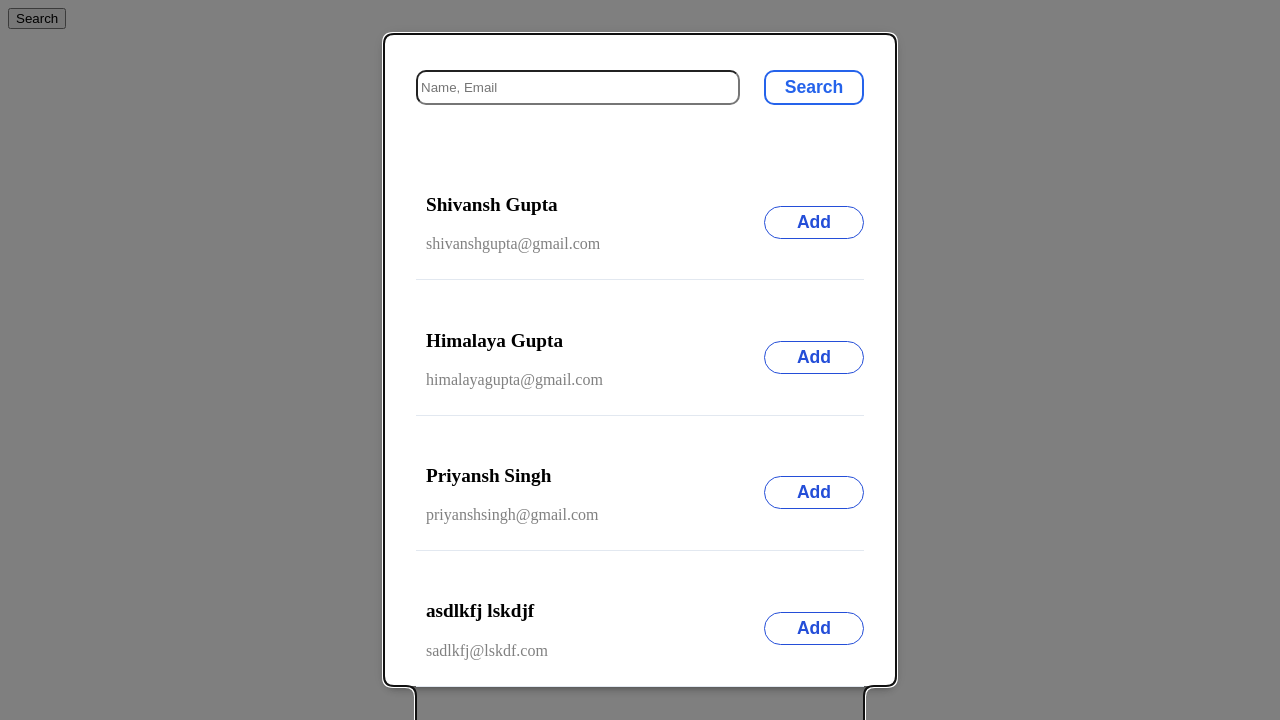
Repository: shiv0403/event-planner
Page: /, after clicking the first element matching `button`
An editor plug-in stored every save of this project. The page is shown before and after the next save, followed by the edit.
The browser window is 1280 px wide. The pictures show the whole page.
The project was rebuilt for these pictures with package versions that can differ from the ones it lists, and the page was loaded fresh each time.

Above is the page before, as saved 2021-07-27 12:14:35.

### src/App.js
import React from "react";
import Modal from "./Components/SearchModal/SearchModal";

function App() {
  return (
    <div className="App">
      <Modal />
    </div>
  );
}

export default App;

### src/Components/SearchModal/SearchModal.js
import React, { useState } from "react";
import { makeStyles } from "@material-ui/core/styles";
import Modal from "@material-ui/core/Modal";
import Backdrop from "@material-ui/core/Backdrop";
import Fade from "@material-ui/core/Fade";
import SearchPerson from "./SearchPerson";

import "./SearchModal.css";

const useStyles = makeStyles((theme) => ({
  modal: {
    display: "flex",
    alignItems: "center",
    justifyContent: "center",
  },
  paper: {
    backgroundColor: theme.palette.background.paper,
    boxShadow: theme.shadows[5],
    padding: theme.spacing(2, 4, 3),
    width: "35%",
    borderRadius: "10px",
    height: "85%",
  },
}));

export default function TransitionsModal() {
  const classes = useStyles();
  const [open, setOpen] = useState(false);
  const [data, setData] = useState([
    {
      name: "Shivansh Gupta",
      email: "shivanshgupta@gmail.com",
    },
    {
      name: "Himalaya Gupta",
      email: "himalayagupta@gmail.com",
    },
    {
      name: "Priyansh Singh",
      email: "priyanshsingh@gmail.com",
    },
    {
      name: "asdlkfj lskdjf",
      email: "sadlkfj@lskdf.com",
    },

    {
      name: "asdlkfj lskdjf",
      email: "sadlkfj@lskdf.com",
    },
  ]);

  const handleOpen = () => {
    setOpen(true);
  };

  const handleClose = () => {
    setOpen(false);
  };

  return (
    <div>
      <button type="button" onClick={handleOpen}>
        Search
      </button>
      <Modal
        aria-labelledby="transition-modal-title"
        aria-describedby="transition-modal-description"
        className={classes.modal}
        open={open}
        onClose={handleClose}
        closeAfterTransition
        BackdropComponent={Backdrop}
        BackdropProps={{
          timeout: 500,
        }}
      >
        <Fade in={open}>
          <div className={classes.paper}>
            <div className="search__header">
              <input type="text" placeholder="Name, Email" />
              <button type="submit"> Search</button>
            </div>
            <div className="search__body">
              {data.map((person) => (
                <SearchPerson name={person.name} email={person.email} />
              ))}
            </div>
            <div className="search__footer">
              <p>https://invitelinke.com</p>
              <button type="submit">Share</button>
            </div>
          </div>
        </Fade>
      </Modal>
    </div>
  );
}

### src/Components/SearchModal/SearchPerson.js
import React from "react";
import "./SearchPerson.css";

function SearchPerson({ name, email }) {
  return (
    <div className="search__person">
      <div className="sp__details">
        <h3>{name}</h3>
        <p>{email}</p>
      </div>

      <div className="sp__add">
        <button type="submit">Add</button>
      </div>
    </div>
  );
}

export default SearchPerson;

### src/Components/SearchModal/SearchModal.css
.search__header {
  display: flex;
  justify-content: space-between;
  margin-bottom: 40px;
  /* margin-top: 20px; */
  padding: 20px 0;
}

.search__header > input {
  border-radius: 10px;
  width: 70%;
  padding: 3px;
  margin-right: 10px;
}

.search__header > button {
  padding: 5px;
  width: 100px;
  border-radius: 10px;
  border: 2px solid #2563eb;
  background-color: #fff;
  font-weight: 900;
  font-size: 1.1rem;
  color: #2563eb;
}

.search__footer {
  display: flex;
  justify-content: space-between;
  margin-top: 40px;
}

.search__footer > p {
  background-color: #eee;
  padding: 5px 10px;
  width: 70%;
  border-radius: 10px;
  margin-right: 10px;
}

.search__footer > button {
  padding: 5px 3px;
  width: 100px;
  border: 1px #244ed8 solid;
  font-size: 1.1rem;
  border-radius: 20px;
  background-color: #fff;
  font-weight: 800;
  color: #244ed8;
}

.search__footer > button:hover {
  background-color: RGBA(36, 78, 216, 0.1);
  box-shadow: inset 0 0 0 1.5px #244ed8;
  transition: all 0.3s;
}

### src/Components/SearchModal/SearchPerson.css
.search__person {
  display: flex;
  justify-content: space-between;
  align-items: center;
  /* padding: 20px 30px; */
  width: 100%;
  margin: 20px auto;
  border-bottom: 1px #e2e8f0 solid;
}

.sp__details {
  /* background-color: #eee; */
  border-radius: 10px;
  width: 95%;
  padding: 10px;
  margin-right: 10px;
}

.sp__details > h3 {
  font-size: 1.2rem;
}

.sp__details > p {
  font-size: 1rem;
  margin-top: 5px;
  color: gray;
}

.sp__add > button {
  padding: 5px 3px;
  width: 100px;
  border: 1px #244ed8 solid;
  font-size: 1.1rem;
  border-radius: 20px;
  background-color: #fff;
  font-weight: 800;
  color: #244ed8;
}

.sp__add > button:hover {
  background-color: RGBA(36, 78, 216, 0.1);
  box-shadow: inset 0 0 0 1.5px #244ed8;
  transition: all 0.3s;
}

/*
#f7fafc
#2563eb
#414a59
#244ed8 */

Loaded but not shown: public/index.html (common file); src/index.js (common file)

After the next save:
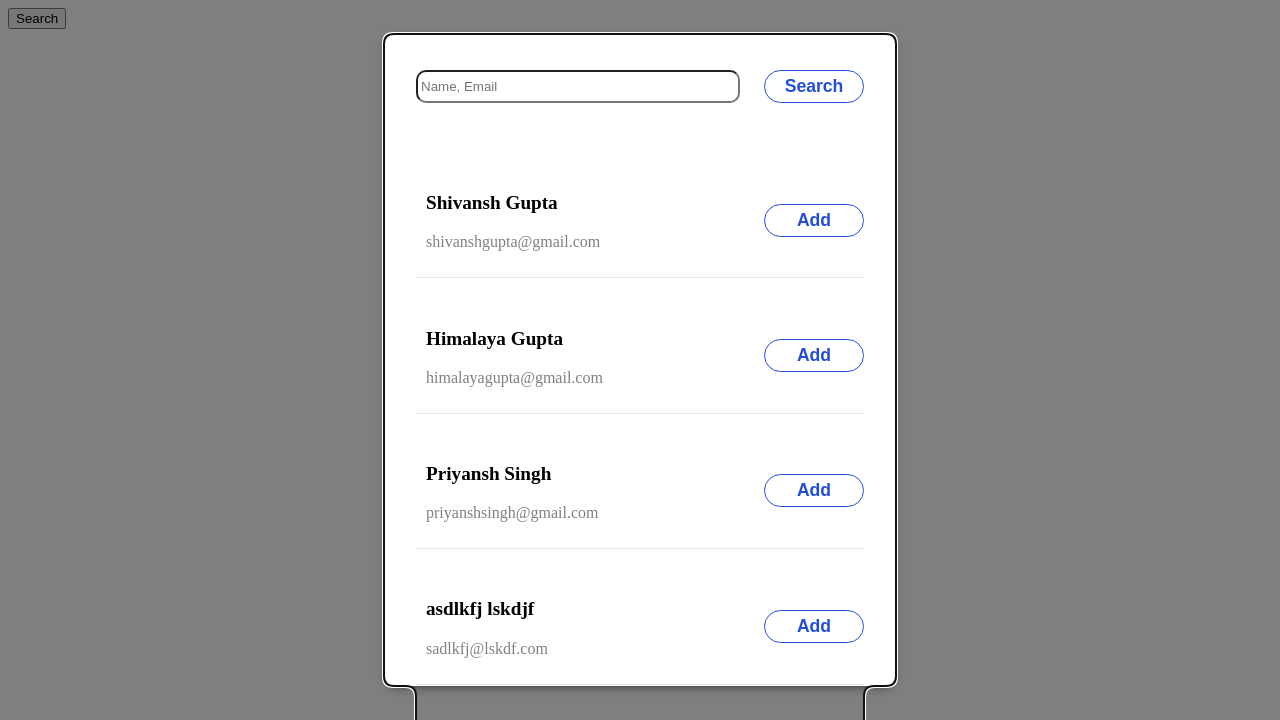
Saved 19 s later.
--- a/src/Components/SearchModal/SearchModal.css
+++ b/src/Components/SearchModal/SearchModal.css
@@ -14,14 +14,14 @@
 }
 
 .search__header > button {
-  padding: 5px;
+  padding: 5px 3px;
   width: 100px;
-  border-radius: 10px;
-  border: 2px solid #2563eb;
+  border: 1px #244ed8 solid;
+  font-size: 1.1rem;
+  border-radius: 20px;
   background-color: #fff;
-  font-weight: 900;
-  font-size: 1.1rem;
-  color: #2563eb;
+  font-weight: 800;
+  color: #244ed8;
 }
 
 .search__footer {
